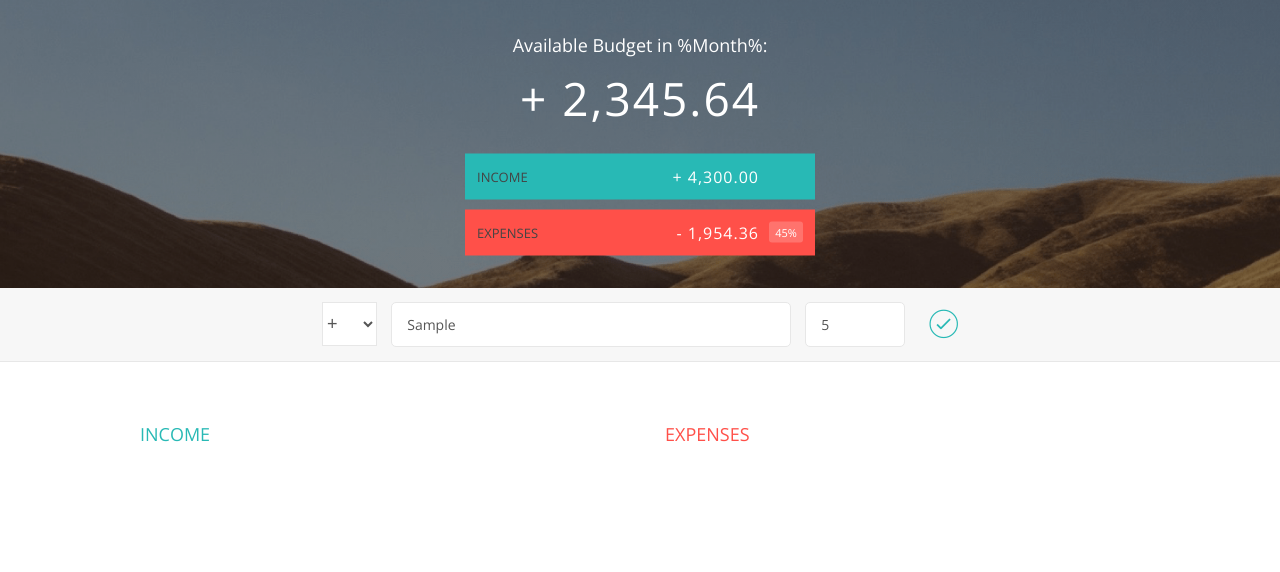
Repository: JocheAttah/Budgety
Page: index.html
The author's editor kept a copy of each file at every save. The page is drawn from the files as they stood at one save, then again after the next save.
The browser window is 1280 px wide. The pictures show the whole page.
Empty fields were first filled with sample values (such as "Sample", 5 or name@example.com).
After loading, the first visible `button.add__btn` was clicked once.

Above is the page before, as saved 2020-03-02 02:37:36.
Console error: TypeError: element.insertAdjacentHTMl is not a function

After the next save:
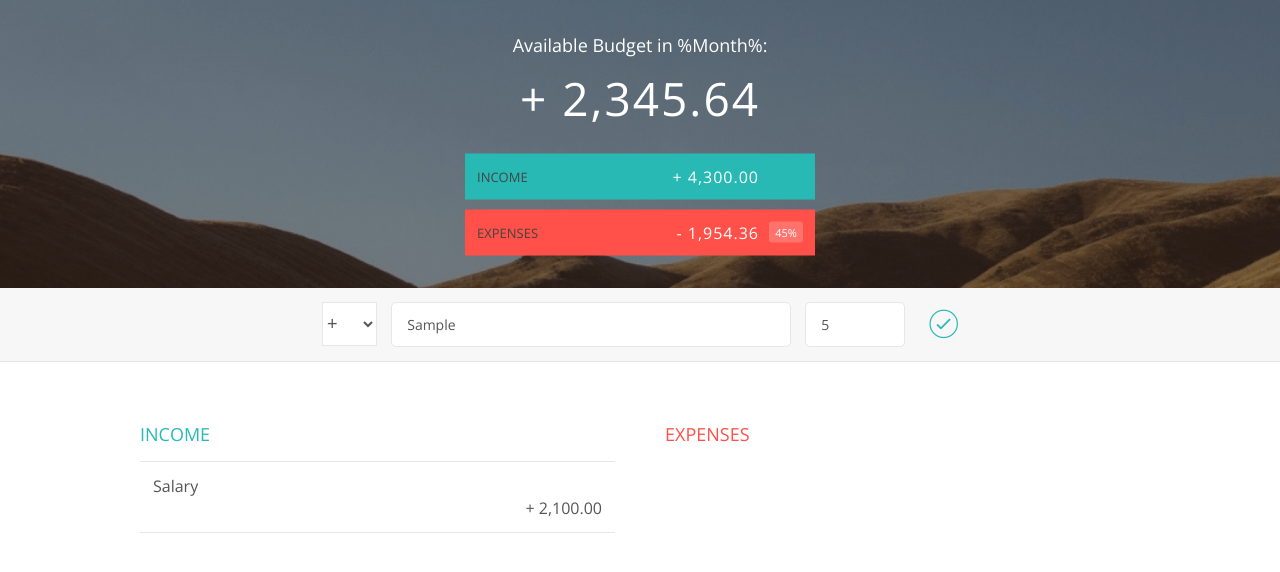
The error is gone.
Saved 28 s later.
--- a/js/app.js
+++ b/js/app.js
@@ -95,7 +95,7 @@ var uiController = (function() {
             newHtml = newHtml.replace('%description%', obj.description);
             newHtml = newHtml.replace('%value%', obj.value);
 
-            element.insertAdjacentHTMl('beforeend', newHtml);
+            element.insertAdjacentHTML('beforeend', newHtml);
 
         },
 
